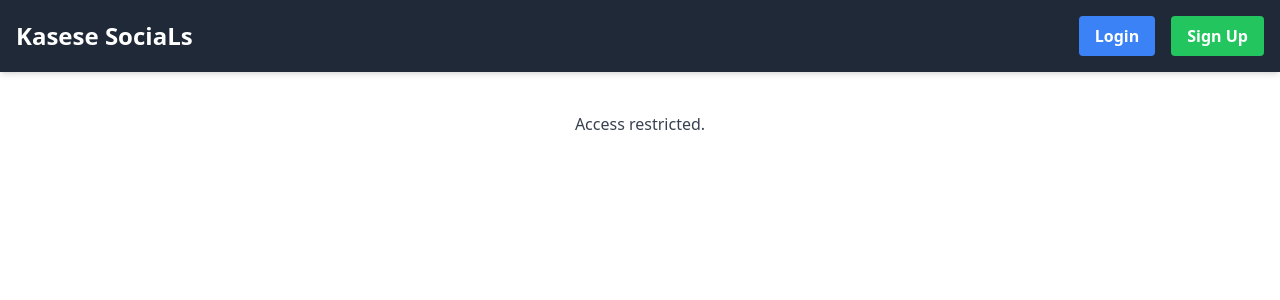
Repository: gkintu/odin-kasese-socials
Page: /profile/edit
The author's editor kept a copy of each file at every save. The page is drawn from the files as they stood at one save, then again after the next save.
The browser window is 1280 px wide. The pictures show the whole page.
The project was rebuilt for these pictures with package versions that can differ from the ones it lists, and the page was loaded fresh each time. The framework's server and built-in components were replaced by stand-ins that run in the browser. Also part of the build but not shown: next.config.ts, src/components/Auth/ProtectedRoute.tsx, src/components/profile/EditProfileForm.tsx.

Above is the page before, as saved 2025-05-14 07:51:26.

After the next save:
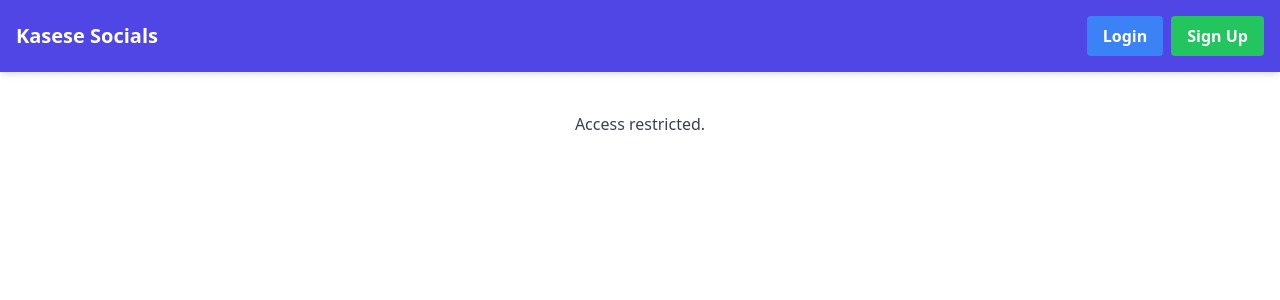
Saved 7 min 59 s later.
--- a/src/components/layout/Navbar.tsx
+++ b/src/components/layout/Navbar.tsx
@@ -1,11 +1,13 @@
 // src/components/layout/Navbar.tsx
 'use client';
 
-import React from 'react';
+import React, { Fragment } from 'react';
 import Link from 'next/link';
 import { useAuthStore } from '@/lib/store/authStore';
 import toast from 'react-hot-toast';
 import { useRouter, usePathname } from 'next/navigation';
+import { Menu, Transition } from '@headlessui/react';
+import Image from 'next/image';
 
 const Navbar: React.FC = () => {
   const { isAuthenticated, isGuest, userEmail, displayName, logout } =
@@ -24,40 +26,108 @@ const Navbar: React.FC = () => {
     return null;
   }
 
-  const displayUsername =
-    displayName || (userEmail ? userEmail.split('@')[0] : '');
+  const userAvatarForDropdown = '/img/default-avatar.png';
 
   return (
-    <nav className="bg-gray-800 text-white p-4 shadow-md">
+    <nav className="bg-indigo-600 text-white p-4 shadow-md sticky top-0 z-50">
       <div className="container mx-auto flex justify-between items-center">
-        <Link href="/" className="text-2xl font-bold hover:text-gray-300">
-          Kasese SociaLs
+        <Link href="/" className="text-xl font-bold hover:text-indigo-200">
+          Kasese Socials
         </Link>
-        <div className="space-x-4 flex items-center">
-          {isAuthenticated && !isGuest ? (
+        <div className="space-x-1 md:space-x-2 flex items-center">
+          {isAuthenticated ? (
             <>
-              <span className="text-sm">Welcome, {displayUsername}!</span>
-              <Link href="/profile" className="hover:text-gray-300">
-                Profile
-              </Link>
-              <Link href="/profile/edit" className="hover:text-gray-300">
-                Edit Profile
-              </Link>
-              <Link href="/dashboard" className="hover:text-gray-300">
-                Dashboard
+              <Link
+                href="/create-post"
+                className="hidden sm:inline-block px-2 py-1 md:px-3 md:py-2 rounded-md text-xs md:text-sm font-medium bg-green-500 hover:bg-green-600 transition-colors"
+              >
+                New Post
               </Link>
               <Link
                 href="/users"
-                className="px-2 py-1 md:px-3 md:py-2 rounded-md text-xs md:text-sm font-medium hover:bg-indigo-700"
+                className="hidden sm:inline-block px-2 py-1 md:px-3 md:py-2 rounded-md text-xs md:text-sm font-medium hover:bg-indigo-700"
               >
                 Discover
               </Link>
-              <button
-                onClick={handleLogout}
-                className="bg-red-500 hover:bg-red-700 text-white font-bold py-2 px-4 rounded"
-              >
-                Logout
-              </button>
+              <Menu as="div" className="relative inline-block text-left">
+                <div>
+                  <Menu.Button className="flex items-center rounded-full text-sm focus:outline-none focus:ring-2 focus:ring-white focus:ring-offset-2 focus:ring-offset-indigo-600 hover:opacity-90">
+                    <span className="sr-only">Open user menu</span>
+                    <span className="hidden md:inline mr-2 text-sm">
+                      {displayName || userEmail?.split('@')[0] || 'User'}
+                    </span>
+                    <Image
+                      className="h-8 w-8 rounded-full bg-gray-200"
+                      src={userAvatarForDropdown}
+                      alt="User avatar"
+                      width={32}
+                      height={32}
+                    />
+                  </Menu.Button>
+                </div>
+                <Transition
+                  as={Fragment}
+                  enter="transition ease-out duration-100"
+                  enterFrom="transform opacity-0 scale-95"
+                  enterTo="transform opacity-100 scale-100"
+                  leave="transition ease-in duration-75"
+                  leaveFrom="transform opacity-100 scale-100"
+                  leaveTo="transform opacity-0 scale-95"
+                >
+                  <Menu.Items className="absolute right-0 mt-2 w-48 origin-top-right rounded-md bg-white py-1 shadow-lg ring-1 ring-black ring-opacity-5 focus:outline-none">
+                    <Menu.Item>
+                      {({ active }) => (
+                        <Link
+                          href="/profile"
+                          className={`${
+                            active ? 'bg-gray-100' : ''
+                          } block px-4 py-2 text-sm text-gray-700 w-full text-left`}
+                        >
+                          Your Profile
+                        </Link>
+                      )}
+                    </Menu.Item>
+                    <Menu.Item>
+                      {({ active }) => (
+                        <Link
+                          href="/dashboard"
+                          className={`${
+                            active ? 'bg-gray-100' : ''
+                          } block px-4 py-2 text-sm text-gray-700 w-full text-left`}
+                        >
+                          Dashboard
+                        </Link>
+                      )}
+                    </Menu.Item>
+                    <Menu.Item>
+                      {({ active }) => (
+                        <button
+                          onClick={() =>
+                            toast('Settings page coming soon!', { icon: '⚙️' })
+                          }
+                          className={`${
+                            active ? 'bg-gray-100' : ''
+                          } block px-4 py-2 text-sm text-gray-700 w-full text-left`}
+                        >
+                          Settings
+                        </button>
+                      )}
+                    </Menu.Item>
+                    <Menu.Item>
+                      {({ active }) => (
+                        <button
+                          onClick={handleLogout}
+                          className={`${
+                            active ? 'bg-gray-100' : ''
+                          } block w-full px-4 py-2 text-left text-sm text-red-600 font-medium`}
+                        >
+                          Logout
+                        </button>
+                      )}
+                    </Menu.Item>
+                  </Menu.Items>
+                </Transition>
+              </Menu>
             </>
           ) : isGuest ? (
             <>
@@ -81,14 +151,13 @@ const Navbar: React.FC = () => {
                 Sign Up
               </Link>
               <button
-                onClick={handleLogout} // Ends guest session
+                onClick={handleLogout}
                 className="bg-yellow-500 hover:bg-yellow-600 text-white font-bold py-2 px-4 rounded"
               >
                 End Guest Session
               </button>
             </>
           ) : (
-            // Not authenticated, not guest
             <>
               <Link
                 href="/login"
